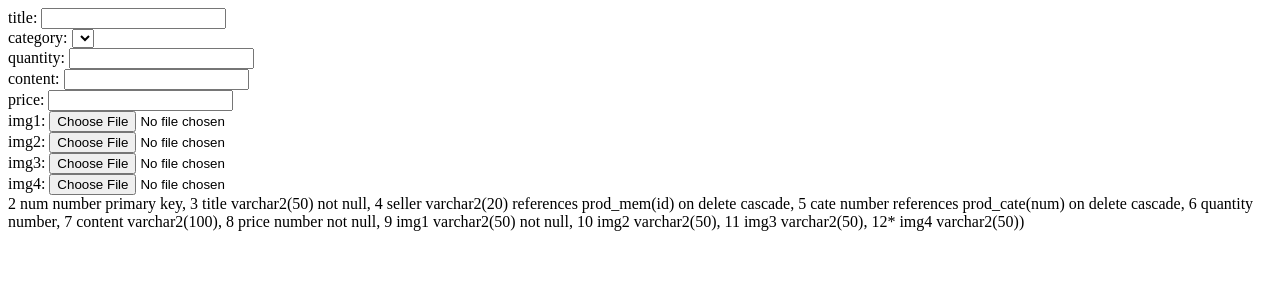
Repository: phoresis92/KITRI-spring
Page: http://localhost/springWeb2/WEB-INF/views/product/add.jsp
The author's editor kept a copy of each file at every save. The page is drawn from the files as they stood at one save, then again after the next save.
The browser window is 1280 px wide. The pictures show the whole page.
The page is served by Tomcat 9. Nobody is signed in. The template is opened directly, without the code that normally fills it, so the values that code supplies are empty.

Above is the page before, as saved 2019-01-31 06:19:52.

After the next save:
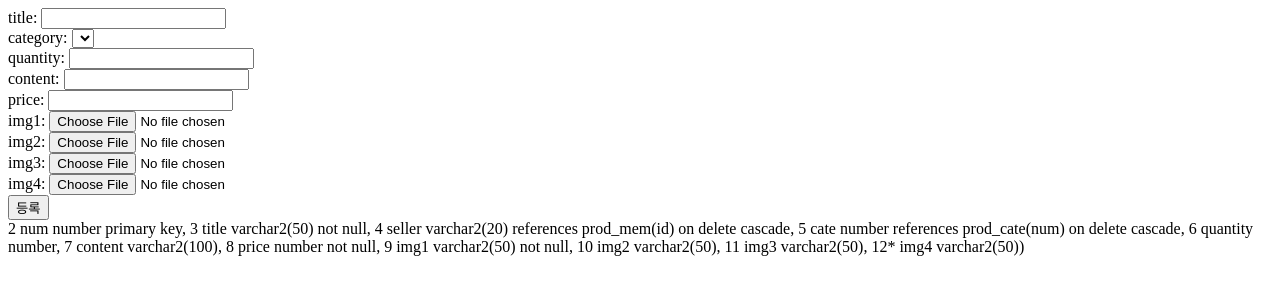
Saved 15 s later.
--- a/springWeb2/src/main/webapp/WEB-INF/views/product/add.jsp
+++ b/springWeb2/src/main/webapp/WEB-INF/views/product/add.jsp
@@ -8,6 +8,7 @@
 </head>
 <body>
 
+<form action="${pageContext.request.contextPath }/product/add">
 	title: <input type="text" name="title"> <br>
 	category: <select name="cate"></select> <br>
 	quantity: <input type="text" name="title"> <br>
@@ -17,6 +18,8 @@
 	img2: <input type="file" name="img2"> <br>
 	img3: <input type="file" name="img3"> <br>
 	img4: <input type="file" name="img4"> <br>
+	<button>등록</button>
+</form>
 
 
 	  2  num number primary key,
